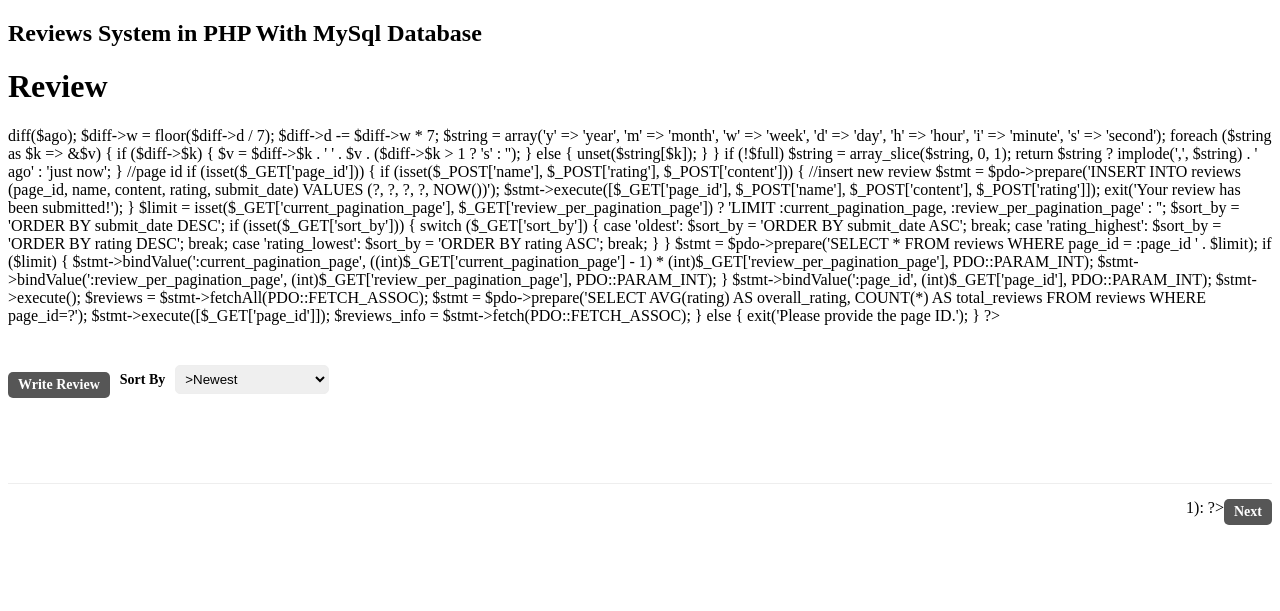
Repository: chathura226/SeekWork_Group_Project_I
Page: ratingsystem/index.html
An editor plug-in stored every save of this project. The page is shown before and after the next save, followed by the edit.
The browser window is 1280 px wide. The pictures show the whole page.

Above is the page before, as saved 2023-12-22 20:59:56.
Console error: TypeError: Cannot set properties of null (setting 'onsubmit')

After the next save:
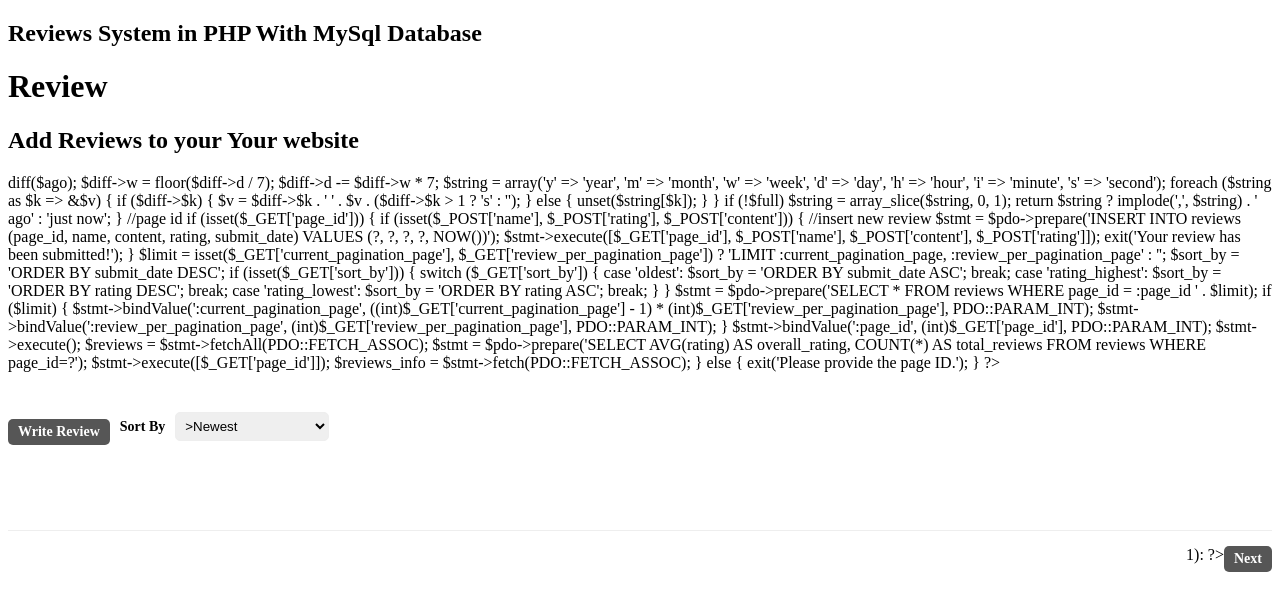
Saved 17 min 24 s later.
--- a/ratingsystem/index.html
+++ b/ratingsystem/index.html
@@ -17,6 +17,7 @@
         <h1>Review</h1>
 
         <div class="content home">
+            <h2>Add Reviews to your Your website</h2>
             <div class="reviews"></div>
             <script src="reviews.js"></script>
 
